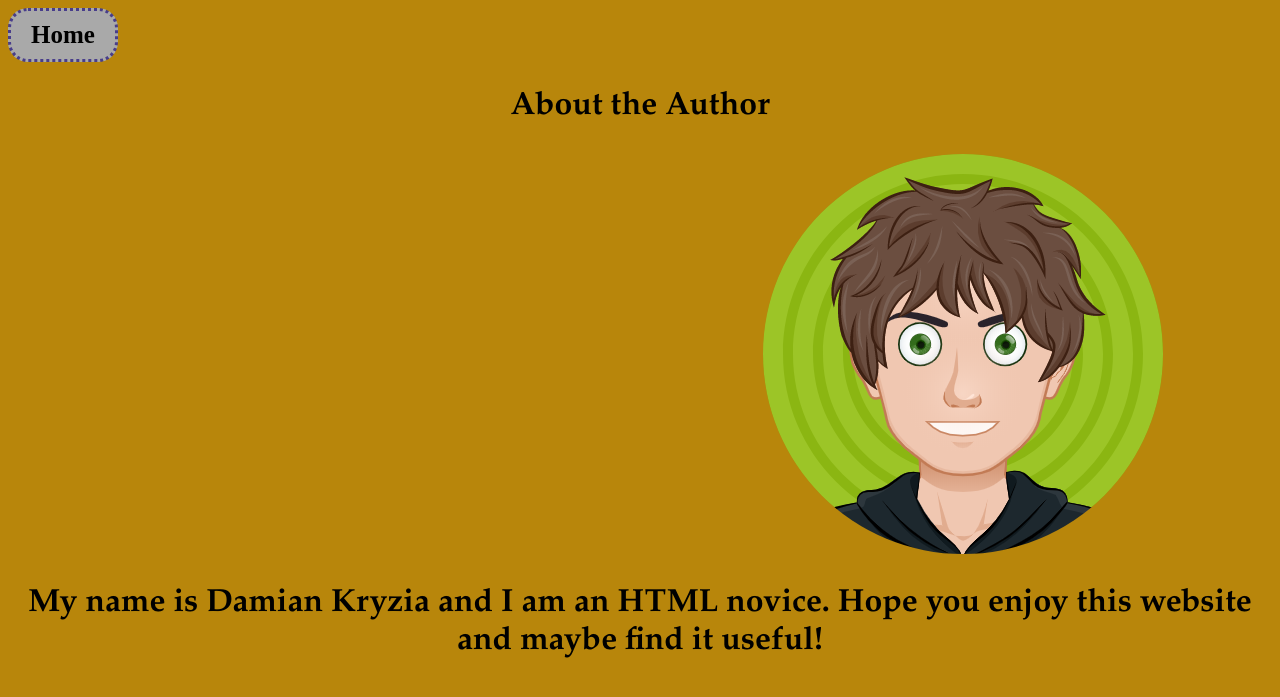
Repository: DamianKryzia/DamianKryzia.github.io
Page: DamianWebsite/aboutme.html
The author's editor kept a record of every edit. The page is drawn from the files as they stood at one moment, then again after the next edit.
The browser window is 1280 px wide. The pictures show the whole page.

Above is the page before.

After the next edit:
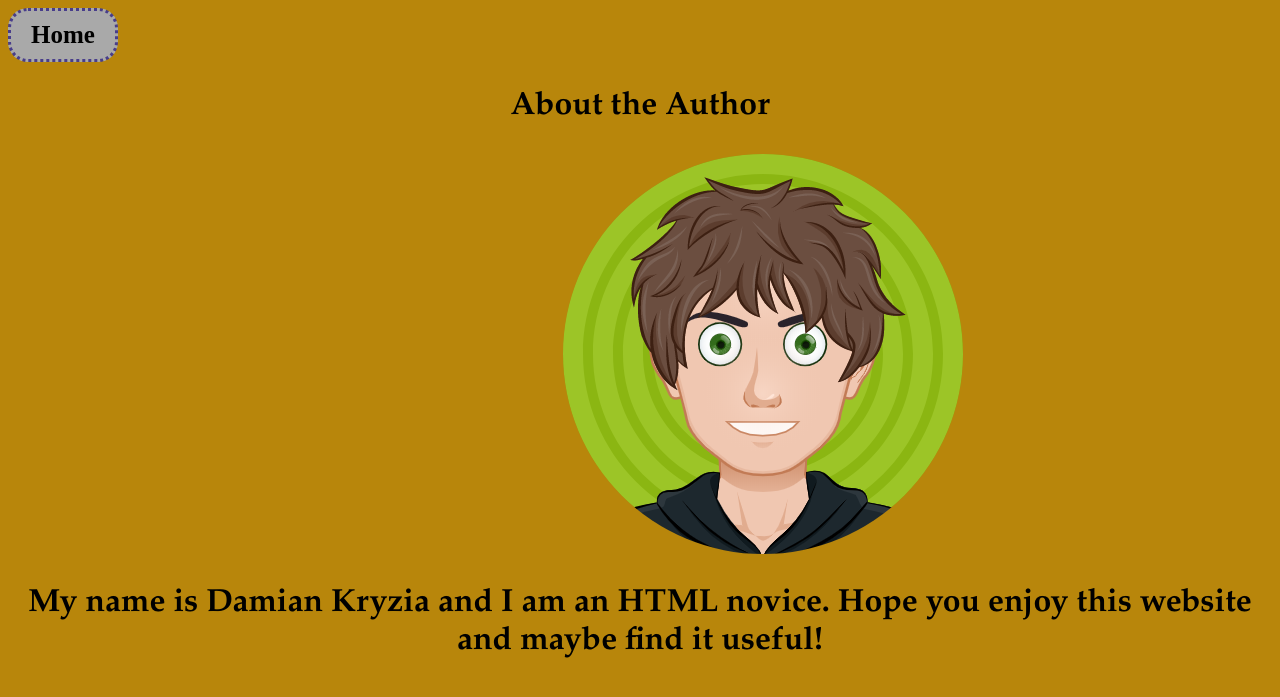
The edit:
--- a/DamianWebsite/aboutme.html
+++ b/DamianWebsite/aboutme.html
@@ -27,7 +27,7 @@
         img{
             padding:1px 5px 1px 5px;
             border-radius: 50%;
-            margin-left:750px;
+            margin-left:550px;
         }
         html{
             background-color:#B8860B;
